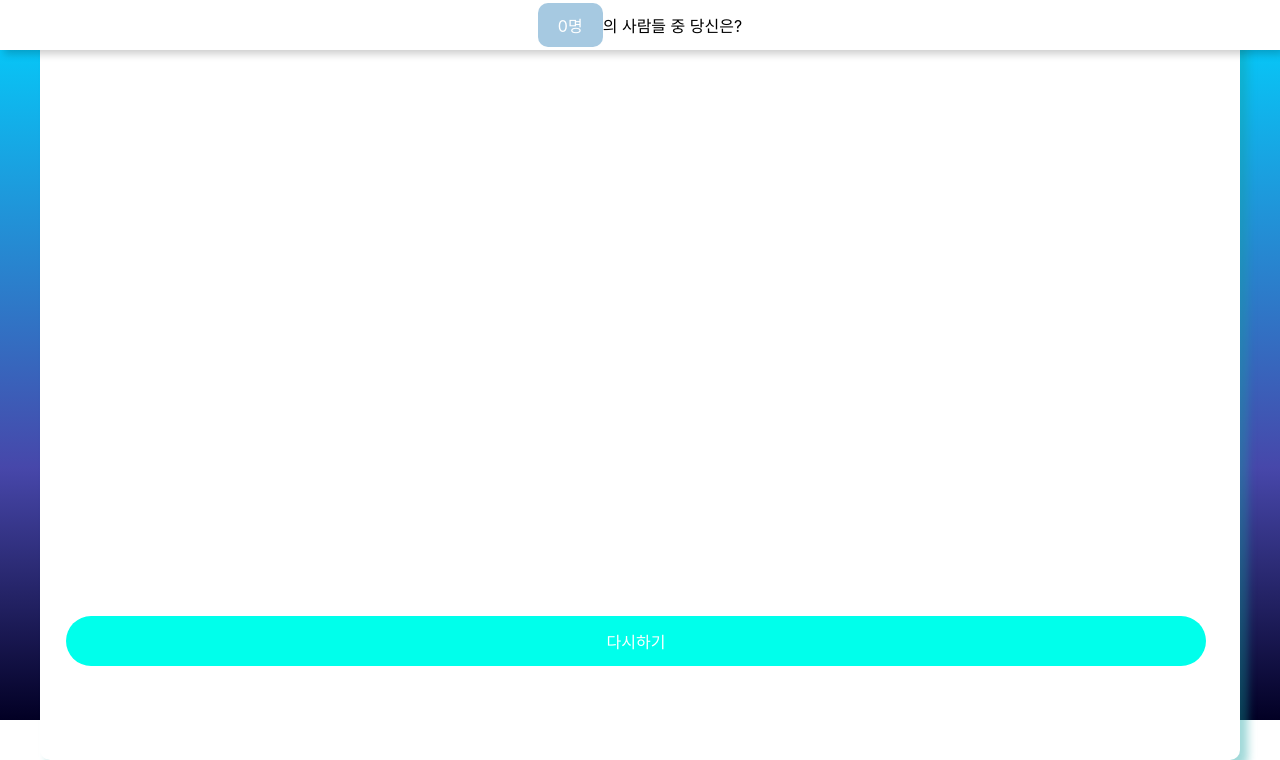
Repository: dnjfht/quiz3
Page: /ranking
These files come from the project's save history. The page is drawn as it stood at one moment and after the next save; the edit follows.
The browser window is 1280 px wide. The pictures show the whole page.
The page's requests for data from a server got no answer. The project was rebuilt for these pictures with package versions that can differ from the ones it lists, and the page was loaded fresh each time. No one was signed in, and anything a server would have sent is missing. Also part of the build but not shown: src/components/Start.js, src/components/Progress.js, src/components/Quiz.js, src/components/Score.js, src/components/Message.js, src/components/NotPage.js.

Above is the page before, as saved 2023-04-15 23:46:58.

### src/index.js
import React from "react";
import ReactDOM from "react-dom/client";
import "./index.css";
import App from "./App";
import reportWebVitals from "./reportWebVitals";
import { BrowserRouter } from "react-router-dom";
import { Provider } from "react-redux";
import store from "./redux/config/configStore";

const root = ReactDOM.createRoot(document.getElementById("root"));
root.render(
  <Provider store={store}>
    <BrowserRouter>
      <App />
    </BrowserRouter>
  </Provider>
);

// If you want to start measuring performance in your app, pass a function
// to log results (for example: reportWebVitals(console.log))
// or send to an analytics endpoint. Learn more: https://bit.ly/CRA-vitals
reportWebVitals();

### src/index.css
body {
  margin: 0;
  font-family: -apple-system, BlinkMacSystemFont, "Segoe UI", "Roboto", "Oxygen",
    "Ubuntu", "Cantarell", "Fira Sans", "Droid Sans", "Helvetica Neue",
    sans-serif;
  -webkit-font-smoothing: antialiased;
  -moz-osx-font-smoothing: grayscale;
}

code {
  font-family: source-code-pro, Menlo, Monaco, Consolas, "Courier New",
    monospace;
}

@font-face {
  font-family: "ddalgifont";
  src: url("./fonts/고령딸기체+TTF.ttf");
}

@font-face {
  font-family: "chabfont";
  src: url("./fonts/chab.ttf");
}

@font-face {
  font-family: "ddagfont";
  src: url("./fonts/ddag.ttf");
}

### src/App.js
import styled from "styled-components";
import Router from "./shared/Router";

const Wrap = styled.div`
  width: 100%;
  height: 100vh;
  background: rgb(2, 0, 36);
  background: linear-gradient(
    0deg,
    rgba(2, 0, 36, 1) 0%,
    rgba(71, 71, 170, 1) 35%,
    rgba(0, 212, 255, 1) 100%
  );

  position: relative;
`;

const ContentWrap = styled.div`
  width: 1200px;
  height: 800px;
  padding: 30px;
  box-sizing: border-box;
  background-color: white;
  border-radius: 10px;
  box-shadow: 8px 8px 8px rgba(21, 159, 161, 0.4);

  position: absolute;
  top: 50%;
  margin-top: -400px;
  left: 50%;
  margin-left: -600px;
`;

function App() {
  return (
    <Wrap>
      <ContentWrap>
        <Router />
      </ContentWrap>
    </Wrap>
  );
}

export default App;

### src/redux/config/configStore.js
import { combineReducers, createStore, applyMiddleware } from "redux";
import thunk from "redux-thunk";
import quiz from "../modules/quiz";
import rank from "../modules/rank";

const middlewares = [thunk];
// 미들웨어들도 하나로 묶어줘야 힘.

const rootReducer = combineReducers({
  quiz: quiz,
  rank: rank,
});

const enhancer = applyMiddleware(...middlewares);
// reducer 말고 옵셔널하게 추가하는 애들의 모음.
// 여기 미들웨어를 적용해 넣을 거임.

const store = createStore(rootReducer, enhancer);
export default store;

### src/shared/Router.js
import React from "react";
import { Routes, Route } from "react-router-dom";
import Start from "../components/Start";
import Quiz from "../components/Quiz";
import Score from "../components/Score";
import Message from "../components/Message";
import Ranking from "../components/Ranking";
import NotPage from "../components/NotPage";

export default function Router() {
  return (
    <>
      <Routes>
        <Route path="/" element={<Start />} />
        <Route path="/quiz" element={<Quiz />} />
        <Route path="/score" element={<Score />} />
        <Route path="/message" element={<Message />} />
        <Route path="/ranking" element={<Ranking />} />
        <Route path="*" element={<NotPage />} />
      </Routes>
    </>
  );
}

### src/redux/modules/quiz.js
// action value
const ADDUSERANSWER = "add_user_answer";
const RESETUSERANSWER = "reset_user_answer";

// action creator

export const AddUserAnswer = (payload) => {
  return {
    type: ADDUSERANSWER,
    payload: payload,
  };
};

export const ResetUserAnswer = (payload) => {
  return {
    type: RESETUSERANSWER,
    payload: payload,
  };
};

// initialState
const initialState = {
  name: "유승민",
  quiz_list: [
    {
      image: "assets/1.png",
      quiz: "승민의 mbti는 intj다?",
      answer: false,
    },
    {
      image: "assets/2.png",
      quiz: "승민은 공감을 잘해주는 사람을 좋아한다?",
      answer: true,
    },
    {
      image: "assets/3.png",
      quiz: "승민은 사람들이랑 대화하고 알아가는 것을 즐긴다?",
      answer: true,
    },
    {
      image: "assets/4.png",
      quiz: "승민은 자기개발하는걸 좋아한다?",
      answer: true,
    },
    {
      image: "assets/5.png",
      quiz: "승민의 관심있을 때 하는 행동은 선톡을 하는 것이다?",
      answer: true,
    },
    {
      image: "assets/6.png",
      quiz: "승민은 불같은 연애보다 서로 믿고 의지할 수 있는 연애를 선호한다?",
      answer: true,
    },
    {
      image: "assets/7.png",
      quiz: "승민은 계획을 세우고 차근차근 계획에 옮기는걸 선호한다?",
      answer: true,
    },
    {
      image: "assets/8.png",
      quiz: "승민은 놀이기구 타는 것을 좋아한다?",
      answer: false,
    },
    {
      image: "assets/9.png",
      quiz: "승민은 고1 때부터 흡연을 했다?",
      answer: false,
    },
    {
      image: "assets/10.png",
      quiz: "승민은 소개팅을 나간 적이 있다?",
      answer: false,
    },
    {
      image: "assets/11.png",
      quiz: "승민은 소개팅과 같은 인위적인 만남을 좋아한다?",
      answer: false,
    },
    {
      image: "assets/12.png",
      quiz: "승민은 연인과 갈등이 있을 때 대화로 푸는 것을 선호한다?",
      answer: true,
    },
    {
      image: "assets/13.png",
      quiz: "승민은 연애할 때 항상 상대방의 기분이 우선이다?",
      answer: true,
    },
    {
      image: "assets/14.png",
      quiz: "승민은 좋아하는 사람에게 선물주는 것을 좋아한다?",
      answer: true,
    },
    {
      image: "assets/15.png",
      quiz: "승민은 감수성이 풍부해서 슬픈 영화나 만화를 보고 잘 운다?",
      answer: true,
    },
    {
      image: "assets/16.png",
      quiz: "승민은 본래 무뚝뚝한 성격이다?",
      answer: true,
    },
    {
      image: "assets/17.png",
      quiz: "승민의 노래방 18번곡은 나비무덤이다?",
      answer: false,
    },
    {
      image: "assets/18.png",
      quiz: "승민은 핫플을 돌아다니면서 맛집 탐방을 하고 사진 찍는 데이트를 선호한다?",
      answer: true,
    },
    {
      image: "assets/19.png",
      quiz: "승민은 연애할 때 꽃이나 편지 받는걸 좋아한다?",
      answer: true,
    },
    {
      image: "assets/20.png",
      quiz: "승민은 번호를 따인 적이 있다?",
      answer: false,
    },
  ],
  user_answer: [],
  result_text: {
    40: "나랑 친하지 않은가보군?😑",
    60: "나랑 좀 더 친해져야겠다🙃",
    80: "내적 친밀감 80퍼센트!😎",
    100: "뭐야, 넌 내 소울메이트...!?💖",
  },
};

// reducer

const quiz = (state = initialState, action) => {
  switch (action.type) {
    case ADDUSERANSWER: {
      const newUserAnswer = [...state.user_answer, action.payload];
      return { ...state, user_answer: newUserAnswer };
    }
    case RESETUSERANSWER: {
      return { ...state, user_answer: [] };
    }
    default:
      return state;
  }
};

export default quiz;

### src/redux/modules/rank.js
import { db } from "../../firebase";
import {
  collection,
  getDocs,
  addDoc,
  doc,
  updateDoc,
  deleteDoc,
  getDoc,
} from "firebase/firestore";

// action value
const ADDUSERNAME = "add_user_name";
const GETRANK = "get_rank";
const ADDRANK = "add_rank";

// action creator
export const GetRank = (payload) => {
  return {
    type: GETRANK,
    payload: payload,
  };
};

export const AddUserName = (payload) => {
  return {
    type: ADDUSERNAME,
    payload: payload,
  };
};

export const AddRank = (payload) => {
  return {
    type: ADDRANK,
    payload: payload,
  };
};

export const loadQuizFB = () => {
  return async function (dispatch) {
    const quiz_data = await getDocs(collection(db, "quiz"));
    console.log(quiz_data);

    let quiz_list = [];

    quiz_data.forEach((doc) => {
      console.log(doc.data());
      quiz_list.push({ id: doc.id, ...doc.data() });
    });

    console.log(quiz_list);

    dispatch(GetRank(quiz_list));
  };
};

export const addQuizFB = (payload) => {
  return async function (dispatch) {
    const docRef = await addDoc(collection(db, "quiz"), payload);
    // const _quiz = await getDoc(docRef);
    // const quiz = { id: _quiz.id, ..._quiz.data() };
    // dispatch(AddRank(quiz));

    // 추가한 데이터 중 id를 가져와서 bucket_data 만들기.
    // const bucket_data = { id: docRef.id, ...payload };
    // // 마지막으로 액션 일으키기 (수정해달라고 요청)
    // dispatch(createWidget(bucket_data));
  };
};

// initialState
const initialState = {
  user_name: "",
  rank: [
    // { score: 100, name: "방가방가", comment: "다들 잘생겼다" },
    // { score: 40, name: "이하늘", comment: "너무 어려운데..." },
    // { score: 60, name: "오하요~!", comment: "잘 생긴 사람이 곧 이상형" },
  ],
};

// reducer
const rank = (state = initialState, action) => {
  switch (action.type) {
    case GETRANK: {
      console.log(action.payload);
      return { ...state, rank: action.payload };
    }
    case ADDUSERNAME: {
      return { ...state, user_name: action.payload };
    }
    case ADDRANK: {
      const new_rank_data = [...state.rank, action.payload];
      return { ...state, rank: new_rank_data };
    }
    default:
      return state;
  }
};
export default rank;

### src/components/Ranking.js
import React from "react";
import { useDispatch, useSelector } from "react-redux";
import styled from "styled-components";
import { ResetUserAnswer } from "../redux/modules/quiz";
import { useNavigate } from "react-router-dom";
import { useEffect } from "react";
import { loadQuizFB } from "../redux/modules/rank";

const Wrap = styled.div`
  width: 100%;
  height: 100%;
`;

const TopRanking = styled.div`
  width: 100%;
  height: 50px;
  background-color: white;
  box-shadow: 4px 4px 8px rgba(0, 0, 0, 0.2);

  position: fixed;
  top: 0;
  left: 0;

  display: flex;
  flex-direction: row;
  justify-content: center;
  align-items: center;

  & > span {
    padding: 10px 20px;
    background: #a6c9e1;
    border-radius: 10px;

    color: white;
    font-size: 1rem;
  }
`;

const RankingWrap = styled.div`
  width: 100%;
  height: 100%;

  overflow: scroll;

  &::-webkit-scrollbar {
    width: 8px;
    height: 8px;
    border-radius: 6px;
    background: rgba(255, 255, 255, 0.4);
  }
  &::-webkit-scrollbar-thumb {
    background: linear-gradient(
      0deg,
      rgb(2, 0, 36) 0%,
      rgb(71, 71, 170) 35%,
      rgb(0, 212, 255) 100%
    );
    border-radius: 6px;
  }
`;

const RankingData = styled.div`
  width: 100%;
  margin-bottom: 20px;
  padding: 10px 20px;
  box-sizing: border-box;
  background-color: ${(props) =>
    props.highlight === true ? "#a6c9e1" : "#fff"};

  border-radius: 6px;
  border: ${(props) =>
    props.highlight === true ? "none" : "2px solid #a6c9e1 "};

  display: flex;
  flex-direction: row;
  align-items: center;
`;

const Grade = styled.p`
  width: 100px;
  height: 100%;
  padding: 24px;
  box-sizing: border-box;
  border-right: ${(props) =>
    props.highlight === true ? "1px solid #a6c9e1" : "1px solid #fff"};

  font-size: 2rem;
  color: ${(props) => (props.highlight === true ? "#a6c9e1" : "white")};

  display: flex;
  flex-direction: row;
  align-items: center;

  & > span {
    color: #0c7ac7;
  }
`;

const ScoreNumber = styled.p`
  width: 140px;
  height: 100%;
  padding: 24px;
  box-sizing: border-box;
  border-right: ${(props) =>
    props.highlight === true ? "1px solid #a6c9e1" : "1px solid #fff"};

  font-size: 2rem;
  color: ${(props) => (props.highlight === true ? "#a6c9e1" : "white")};

  display: flex;
  flex-direction: row;
  align-items: center;
  justify-content: center;

  & > span {
    color: #0c7ac7;
  }
`;

const RankingUserData = styled.div`
  width: 1000px;
  padding: 24px;
  box-sizing: border-box;
`;

const RankName = styled.p`
  width: 200px;
  padding-bottom: 10px;
  border-bottom: ${(props) =>
    props.highlight ? "1px solid #a6c9e1" : "1px solid #fff"};

  font-size: 1rem;
  color: ${(props) => (props.highlight ? "#a6c9e1" : "white")};
  font-weight: 600;
`;

const RankComment = styled.p`
  color: ${(props) => (props.highlight ? "#a6c9e1" : "white")};
  font-size: 1.2rem;
`;

const ResetButton = styled.button`
  width: 1140px;
  height: 50px;
  margin-top: 10px;
  background: #00ffeb;
  border: none;
  border-radius: 30px;

  color: white;
  font-size: 1rem;

  position: fixed;
  bottom: 54px;
  left: 50%;
  margin-left: -574px;

  transition: all 0.5s;

  &:hover {
    background: #fff4db;
    color: #666;

    cursor: pointer;
  }
`;

export default function Ranking() {
  useEffect(() => {
    dispatch(loadQuizFB());
  }, []);

  const dispatch = useDispatch();
  const navigate = useNavigate();

  const rank = useSelector((state) => state.rank.rank);
  console.log(rank);

  const _rank = rank.sort((a, b) => {
    return b.score - a.score;
  });

  const handleResetUserAnswer = () => {
    dispatch(ResetUserAnswer());

    navigate("/");
  };

  return (
    <Wrap>
      <TopRanking>
        <span>{rank.length}명</span>의 사람들 중 당신은?
      </TopRanking>

      <RankingWrap>
        {_rank.map((r, idx) => {
          if (r.current === true) {
            return (
              <RankingData key={idx} highlight={true}>
                <Grade>
                  <span>{idx + 1}</span>등
                </Grade>
                <ScoreNumber>
                  <span>{r.score}</span>점
                </ScoreNumber>

                <RankingUserData>
                  <RankName>{r.name}</RankName>
                  <RankComment>{r.comment}</RankComment>
                </RankingUserData>
              </RankingData>
            );
          } else if (!r.current) {
            return (
              <RankingData key={idx}>
                <Grade highlight={true}>
                  <span>{idx + 1}</span>등
                </Grade>

                <ScoreNumber highlight={true}>
                  <span>{r.score}</span>점
                </ScoreNumber>

                <RankingUserData>
                  <RankName highlight={true}>{r.name}</RankName>
                  <RankComment highlight={true}>{r.comment}</RankComment>
                </RankingUserData>
              </RankingData>
            );
          }
        })}

        <ResetButton onClick={handleResetUserAnswer}>다시하기</ResetButton>
      </RankingWrap>
    </Wrap>
  );
}

### src/firebase.js
// Import the functions you need from the SDKs you need
import { initializeApp } from "firebase/app";
import { getFirestore } from "firebase/firestore";
// TODO: Add SDKs for Firebase products that you want to use
// https://firebase.google.com/docs/web/setup#available-libraries

// Your web app's Firebase configuration
// For Firebase JS SDK v7.20.0 and later, measurementId is optional
const firebaseConfig = {
  apiKey: "AIzaSyAQCzx3TeRMhfQ14uI1xPuxKIeyOukr2zs",
  authDomain: "seungmin-s-quiz2.firebaseapp.com",
  projectId: "seungmin-s-quiz2",
  storageBucket: "seungmin-s-quiz2.appspot.com",
  messagingSenderId: "764474150624",
  appId: "1:764474150624:web:e3932df48db64f86c44a85",
  measurementId: "G-NK0EYYQQFF",
};

// Initialize Firebase
const app = initializeApp(firebaseConfig);
export const db = getFirestore(app);

Loaded but not shown: public/index.html (common file); src/reportWebVitals.js (common file)

After the next save:
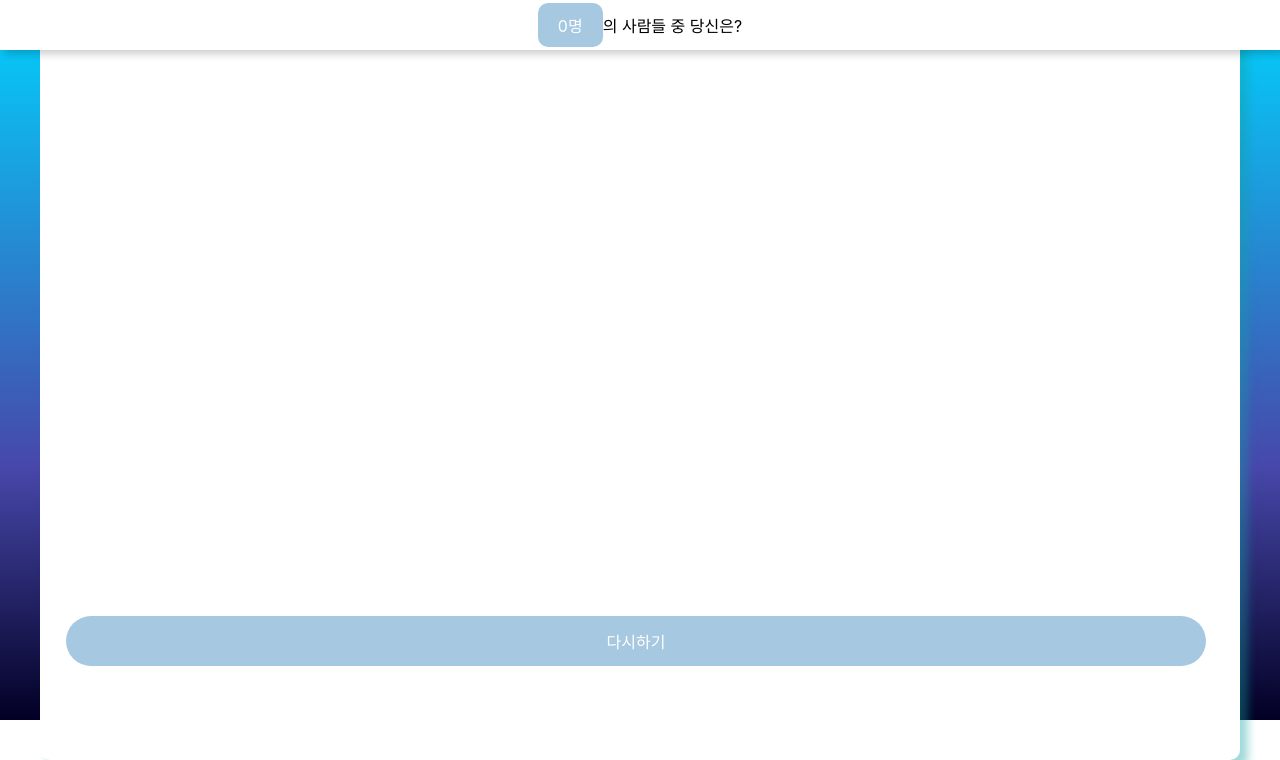
Saved 34 s later.
--- a/src/components/Ranking.js
+++ b/src/components/Ranking.js
@@ -143,7 +143,7 @@ const ResetButton = styled.button`
   width: 1140px;
   height: 50px;
   margin-top: 10px;
-  background: #00ffeb;
+  background: #a6c9e1;
   border: none;
   border-radius: 30px;
 
@@ -158,7 +158,7 @@ const ResetButton = styled.button`
   transition: all 0.5s;
 
   &:hover {
-    background: #fff4db;
+    background: #00ffeb;
     color: #666;
 
     cursor: pointer;
